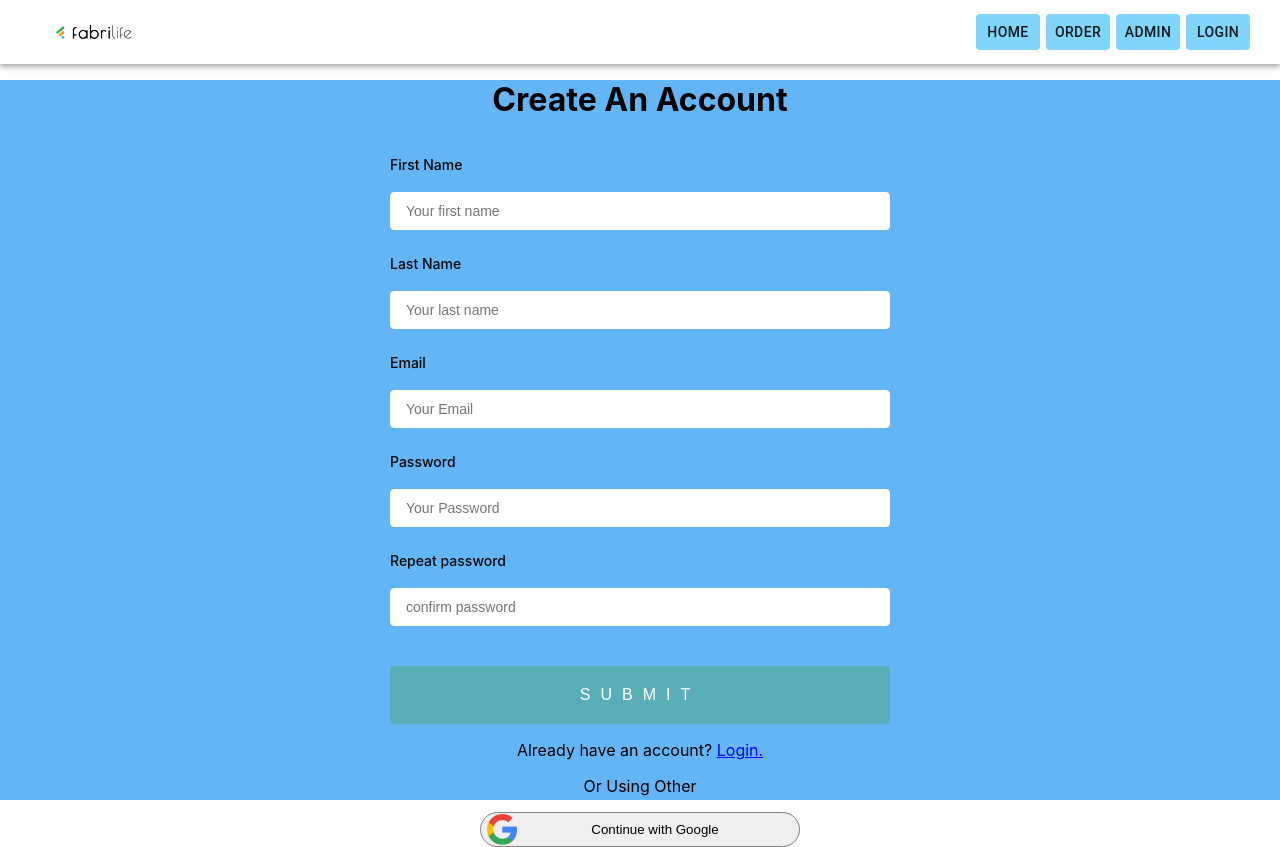
Repository: arif286/fabrilife-E-commerce-client-site
Page: /login
These files come from the project's save history. The page is drawn as it stood at one moment and after the next save; the edit follows.
The browser window is 1280 px wide. The pictures show the whole page.
The project was rebuilt for these pictures with package versions that can differ from the ones it lists, and the page was loaded fresh each time. Also part of the build but not shown: src/components/Admin/Admin.css, src/components/Admin/AddEvent/AddEvent.css, src/components/Admin/AddEvent/AddEvent.js, src/components/Admin/ProductManage/ProductManage.js, src/components/Admin/Sidebar/Sidebar.css, src/components/Admin/Sidebar/Sidebar.js, src/components/Admin/Admin.js, src/components/CheckOut/CheckOut.css and 13 more.

Above is the page before, as saved 2021-04-01 03:22:33.

### src/App.js
import React, { createContext, useState } from "react";
import { BrowserRouter as Router, Route, Switch } from "react-router-dom";
import Admin from "./components/Admin/Admin";
import CheckOut from "./components/CheckOut/CheckOut";
import Header from "./components/Header/Header";
import Home from "./components/Home/Home";
import Login from "./components/Login/Login";
import NoMatch from "./components/NoMatch/NoMatch";
import Order from "./components/Order/Order";
import PrivateRoute from "./components/PrivateRoute/PrivateRoute";

export const UserContext = createContext()

function App() {
  const [loggedInUser, setLoggedInUser] = useState({});
  return (
    <UserContext.Provider value={[loggedInUser, setLoggedInUser]}>
      <Router>
        <Header />
        <Switch>
          <Route path="/home">
            <Home />
          </Route>
          <PrivateRoute path="/admin">
            <Admin/>
          </PrivateRoute>
          <PrivateRoute path="/productDetails/:id">
            <CheckOut />
          </PrivateRoute>
          <PrivateRoute path='/order'>
            <Order/>
          </PrivateRoute>
          <Route path="/login">
            <Login />
          </Route>
          <Route exact path="/">
            <Home />
          </Route>
          <Route path="*">
            <NoMatch />
          </Route>
        </Switch>
      </Router>
    </UserContext.Provider>
  );
}

export default App;

### src/components/Header/Header.js
import AppBar from "@material-ui/core/AppBar";
import Button from "@material-ui/core/Button";
import { createMuiTheme, makeStyles } from "@material-ui/core/styles";
import Toolbar from "@material-ui/core/Toolbar";
import Typography from "@material-ui/core/Typography";
import React from "react";
import { NavLink } from "react-router-dom";
import logo from "../../tshirt-shop/logos/fabrilife.svg";
import "./Header.css";



const theme = createMuiTheme({
  palette: {
    primary: {
      light: "#757ce8",
      main: "#3f50b5",
      dark: "#002884",
      contrastText: "#fff",
    },
    secondary: {
      main: "#4fc3f7",
    },
  },
});
const useStyles = makeStyles((theme) => ({
  root: {
    flexGrow: 1,
  },
  menuButton: {
    marginRight: theme.spacing(2),
  },
  title: {
    flexGrow: 1,
  },
  navbar: {
    backgroundColor: "white",
  },
  button: {
    backgroundColor: "#81d4fa",
    marginRight: '6px'
  },
}));

const Header = () => {
  const classes = useStyles();

  return (
    <div className={classes.root}>
      <AppBar className={classes.navbar} position="static">
        <Toolbar>
          <img
            style={{ width: "80px", marginLeft: "30px" }}
            src={logo}
            alt=""
          />
          <Typography variant="h6" className={classes.title}></Typography>
          <NavLink className="header-link" to="/home">
            <Button className={classes.button}>Home</Button>
          </NavLink>
          <NavLink className="header-link" to="/order">
            <Button className={classes.button}>Order</Button>
          </NavLink>
          <NavLink className="header-link" to="/admin">
            <Button className={classes.button}>Admin</Button>
          </NavLink>
          <NavLink className="header-link" to="/login">
            <Button className={classes.button}>Login</Button>
          </NavLink>
        </Toolbar>
      </AppBar>
    </div>
  );
};

export default Header;

### src/components/Login/Login.js
import React, { useContext, useRef, useState } from "react";
import { useForm } from "react-hook-form";
import { useHistory, useLocation } from "react-router-dom";
import { UserContext } from "../../App";
import Google from "../../tshirt-shop/logos/Group 573.png";
import "./Login.css";
import {
  createUserWithEmailAndPassword,
  handleGoogleSingIn,
  initializeLoginFirebase,
  signInWithEmailAndPassword
} from "./LoginManager";

const Login = () => {
  const [loggedInUser, setLoggedInUser] = useContext(UserContext);
  const [user, setUser] = useState(true);

  initializeLoginFirebase();
  const { register, handleSubmit, errors, watch } = useForm();
  const password = useRef({});
  password.current = watch("password", "");

  let history = useHistory();
  let location = useLocation();
  let { from } = location.state || { from: { pathname: "/" } };

  const onSubmit = (data) => {
    if (data.firstName) {
      const { firstName, lastName, email, password } = data;
      const fullName = `${firstName} ${lastName}`;

      createUserWithEmailAndPassword(email, password, fullName)
        .then((res) => {
          handleResponse(res, true);
        })
        .catch((error) => {
          handleResponse(error, false);
        });
    } else {
      const { email, password } = data;
      signInWithEmailAndPassword(email, password)
        .then((res) => {
          handleResponse(res, true);
        })
        .catch((error) => {
          handleResponse(error, false);
        });
    }
  };

  const handleGoogleLogin = () => {
    handleGoogleSingIn()
      .then((res) => {
        setLoggedInUser(res);
        history.replace(from);
      })
      .catch((error) => {
        setLoggedInUser(error);
      });
  };

  const handleResponse = (res, redirect) => {
    const { email, displayName, photoURL, phoneNumber, success, error } = res;
    const newUserInfo = {
      email: email,
      name: displayName,
      photo: photoURL,
      phone: phoneNumber,
      success: success,
      error: error,
    };
    setLoggedInUser(newUserInfo);
    if (redirect) {
      history.replace(from);
    }
  };
  return (
    <div className='login-page'>
      {user ? (
        <div>
          <h1 className="form-header"> Create An Account</h1>
          <form className="form-submit" onSubmit={handleSubmit(onSubmit)}>
            <label htmlFor="firstName">First Name</label>
            <input
              name="firstName"
              placeholder="Your first name"
              ref={register({
                validate: (value) => value.length > 3,
                required: true,
              })}
            />
            {errors.firstName && (
              <p>Your first name is less than 3 characters</p>
            )}
            <label htmlFor="lastName">Last Name</label>
            <input
              name="lastName"
              placeholder="Your last name"
              ref={register({
                validate: (value) => value.length > 2,
                required: true,
              })}
            />
            {errors.lastName && <p>Your last name is less than 2 characters</p>}
            <label htmlFor="email">Email</label>
            <input
              name="email"
              placeholder="Your Email"
              type="email"
              ref={register({
                required: true,
                pattern: /^(([^<>()[\]\\.,;:\s@"]+(\.[^<>()[\]\\.,;:\s@"]+)*)|(".+"))@((\[[0-9]{1,3}\.[0-9]{1,3}\.[0-9]{1,3}\.[0-9]{1,3}\])|(([a-zA-Z\-0-9]+\.)+[a-zA-Z]{2,}))$/,
              })}
            />
            {errors.email && <p>Your email is invalid</p>}
            <label>Password</label>
            <input
              name="password"
              placeholder="Your Password"
              type="password"
              ref={register({
                required: "You must specify a password",
                pattern: /^(?=.*\d)(?=.*[a-z])(?=.*[A-Z]).{6,20}$/,
              })}
            />
            {errors.password && (
              <p>
                password between 6 to 20 characters which contain one numeric
                digit one uppercase and one lowercase letter
              </p>
            )}
            <label>Repeat password</label>
            <input
              name="password_repeat"
              type="password"
              placeholder="confirm password"
              ref={register({
                validate: (value) =>
                  value === password.current || "The passwords do not match",
              })}
            />
            {errors.password_repeat && <p>{errors.password_repeat.message}</p>}
            <input type="submit" />
            {loggedInUser.error && <p>{loggedInUser.error}</p>}
          </form>
          <p style={{ textAlign: "center" }}>
            Already have an account?{" "}
            <small className="toggle-signIn" onClick={() => setUser(!user)}>
              Login.
            </small>
          </p>
        </div>
      ) : (
        <div>
          <form className="form-submit" onSubmit={handleSubmit(onSubmit)}>
            <h1>Log In</h1>
            <label>Email</label>
            <input
              name="email"
              type="email"
              placeholder="Your email"
              ref={register({
                required: "You must fill",
              })}
            />

            <label>Password</label>
            <input
              name="password"
              type="password"
              placeholder="Your password"
              ref={register}
            />
            <input type="submit" value="Login" />
            {!loggedInUser.success && <p>{loggedInUser.error}</p>}
          </form>
          <p style={{ textAlign: "center" }}>
            Don't have an account?{" "}
            <small className="toggle-signIn" onClick={() => setUser(!user)}>
              Create an account
            </small>
          </p>
        </div>
      )}
      <div style={{ textAlign: "center" }}>
        <p>Or Using Other</p>
        <button onClick={() => handleGoogleLogin()} className="login-btn">
          <img src={Google} alt="" />{" "}
          <p className="login-title">Continue with Google</p>
        </button>
      </div>
    </div>
  );
};

export default Login;

### src/components/Header/Header.css
.header-link {
  text-decoration: none;
  color: white;
}

### src/components/Login/Login.css
.form-submit {
  max-width: 500px;
  margin: 0 auto;
}

.form-header {
  /* font-weight: 100; */
  text-align: center;
  padding-bottom: 10px;
}

.form {
  max-width: 400px;
  margin: 0 auto;
}

.form-submit p {
  color: #bf1650;
}

.form-submit p::before {
  display: inline;
  content: "⚠ ";
}

.form-submit input {
  display: block;
  box-sizing: border-box;
  width: 100%;
  border-radius: 4px;
  border: 1px solid white;
  padding: 10px 15px;
  margin-bottom: 10px;
  font-size: 14px;
}

.form-submit label {
  line-height: 2;
  text-align: left;
  display: block;
  margin-bottom: 13px;
  margin-top: 20px;
  color: #080707;
  font-size: 14px;
  font-weight: 500;
}

button[type="submit"],
.form-submit input[type="submit"] {
  background: #59aeb7;
  color: white;
  text-transform: uppercase;
  border: none;
  margin-top: 40px;
  padding: 20px;
  font-size: 16px;
  font-weight: 100;
  letter-spacing: 10px;
}

button[type="submit"]:hover,
.form-submit input[type="submit"]:hover {
  background: #407982;
}

.login-btn {
  display: flex;
  width: 320px;
  border-radius: 50px;
  border: 0.5px solid gray;
  outline: none;
  margin: auto;
}
.login-btn img {
  width: 30px;
}
.login-title {
  margin: auto;
  font-weight: 500;
}

.toggle-signIn {
  text-decoration: underline;
  color: blue;
  font-size: 16px;
  cursor: pointer;
}
.login-page {
  background-color: #64b5f6;
  height: 100vh;
  margin-top: -5px;
}

### src/components/Login/LoginManager.js
import firebase from "firebase/app";
import "firebase/auth";
import firebaseConfig from "./firebase.config";

export const initializeLoginFirebase = () => {
  if (firebase.apps.length === 0) {
    firebase.initializeApp(firebaseConfig);
  }
};

export const handleGoogleSingIn = () => {
  const googleProvider = new firebase.auth.GoogleAuthProvider();
  return firebase
    .auth()
    .signInWithPopup(googleProvider)
    .then((res) => {
      console.log(res);
      const { displayName, email, photoURL, phoneNumber } = res.user;
      const singedUser = {
        isSignedIn: true,
        name: displayName,
        email: email,
        password: "",
        success: true,
        photo: photoURL,
        phone: phoneNumber,
      };
      return singedUser;
    })
    .catch((err) => {
      return err.message;
    });
};

export const createUserWithEmailAndPassword = (email, password, fullName) => {
  return firebase
    .auth()
    .createUserWithEmailAndPassword(email, password)
    .then((res) => {
      updateUserName(fullName);
      const newUserInfo = res.user;
      newUserInfo.error = "";
      newUserInfo.success = true;
      return newUserInfo;
    })
    .catch((error) => {
      const newUserInfo = {};
      newUserInfo.error = error.message;
      newUserInfo.success = false;
      return newUserInfo;
    });
};
export const signInWithEmailAndPassword = (email, password) => {
  return firebase
    .auth()
    .signInWithEmailAndPassword(email, password)
    .then((res) => {
      const newUserInfo = res.user;
      newUserInfo.error = "";
      newUserInfo.success = true;
      return newUserInfo;
    })
    .catch((error) => {
      const newUserInfo = {};
      newUserInfo.error = error.message;
      newUserInfo.success = false;
      return newUserInfo;
    });
};

const updateUserName = (fullName) => {
  const user = firebase.auth().currentUser;

  user
    .updateProfile({
      displayName: fullName,
    })
    .then((res) => {
      console.log(res);
    })
    .catch((error) => {
      console.log(error);
    });
};

### src/components/Login/firebase.config.js
const firebaseConfig = {
  apiKey: "AIzaSyDqIaRIwb18STtYRX0tcGboiqc9RpZk4-s",
  authDomain: "fabri-life.firebaseapp.com",
  projectId: "fabri-life",
  storageBucket: "fabri-life.appspot.com",
  messagingSenderId: "1091354801513",
  appId: "1:1091354801513:web:347eb4c7d9a5ebaf39f9f8",
};
export default firebaseConfig;

Loaded but not shown: public/index.html (common file); src/index.js (common file); src/index.css (common file); src/reportWebVitals.js (common file); src/components/Shop/ShopCard/ShopCard.css (no stored copy; drawn as an empty file)

After the next save:
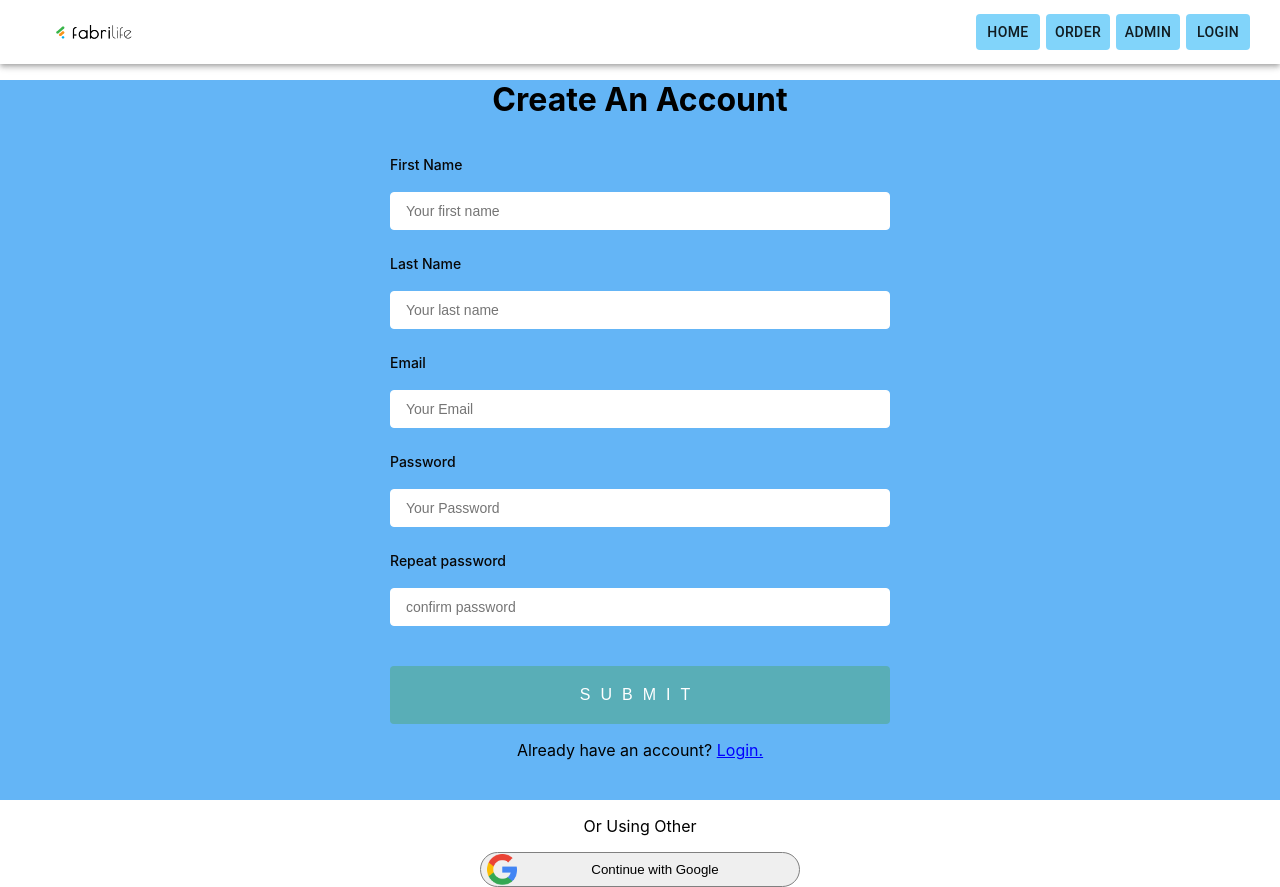
Saved 86 s later.
--- a/src/components/Login/Login.js
+++ b/src/components/Login/Login.js
@@ -75,9 +75,9 @@
     }
   };
   return (
-    <div className='login-page'>
+    <div>
       {user ? (
-        <div>
+        <div className="login-page">
           <h1 className="form-header"> Create An Account</h1>
           <form className="form-submit" onSubmit={handleSubmit(onSubmit)}>
             <label htmlFor="firstName">First Name</label>

After the save that followed:
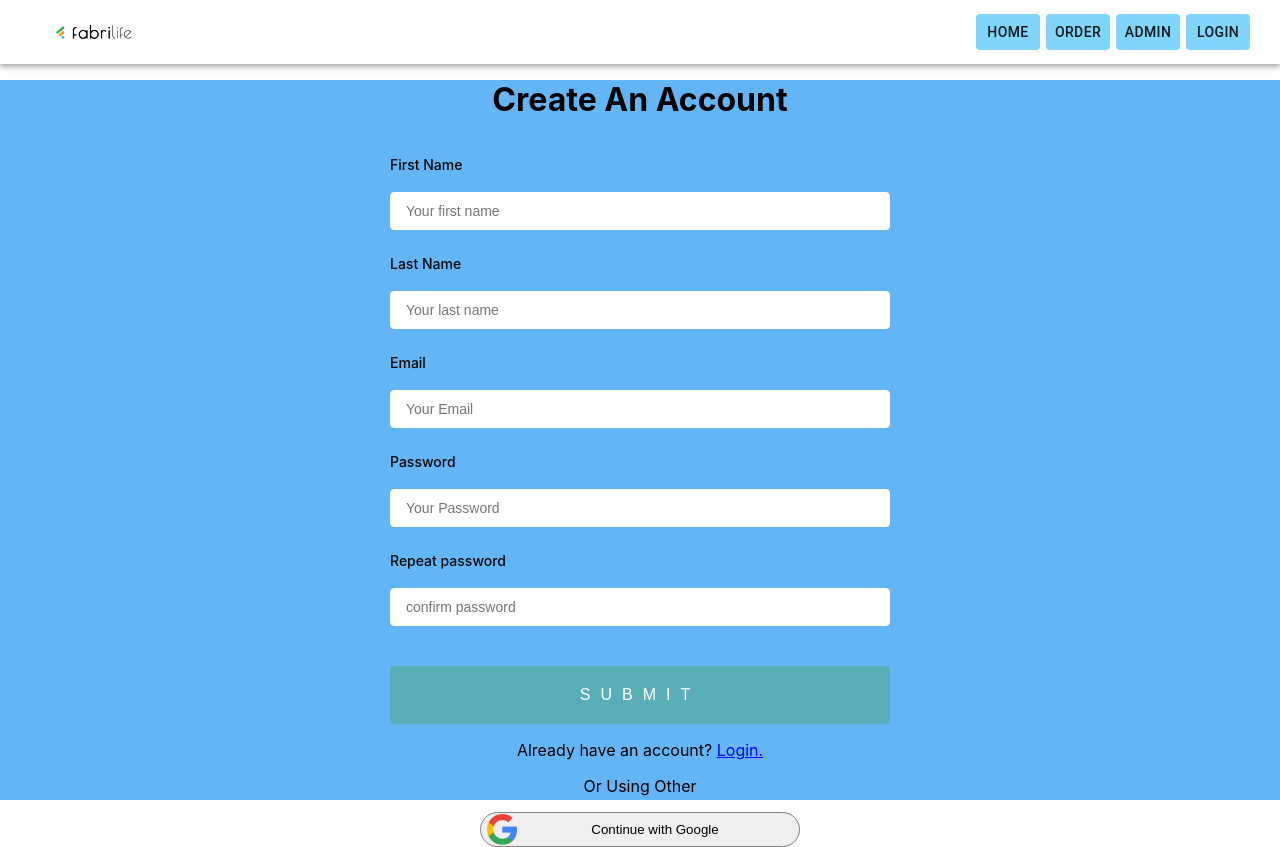
Saved 12 s later.
--- a/src/components/Login/Login.js
+++ b/src/components/Login/Login.js
@@ -75,9 +75,9 @@
     }
   };
   return (
-    <div>
+    <div className="login-page">
       {user ? (
-        <div className="login-page">
+        <div>
           <h1 className="form-header"> Create An Account</h1>
           <form className="form-submit" onSubmit={handleSubmit(onSubmit)}>
             <label htmlFor="firstName">First Name</label>
